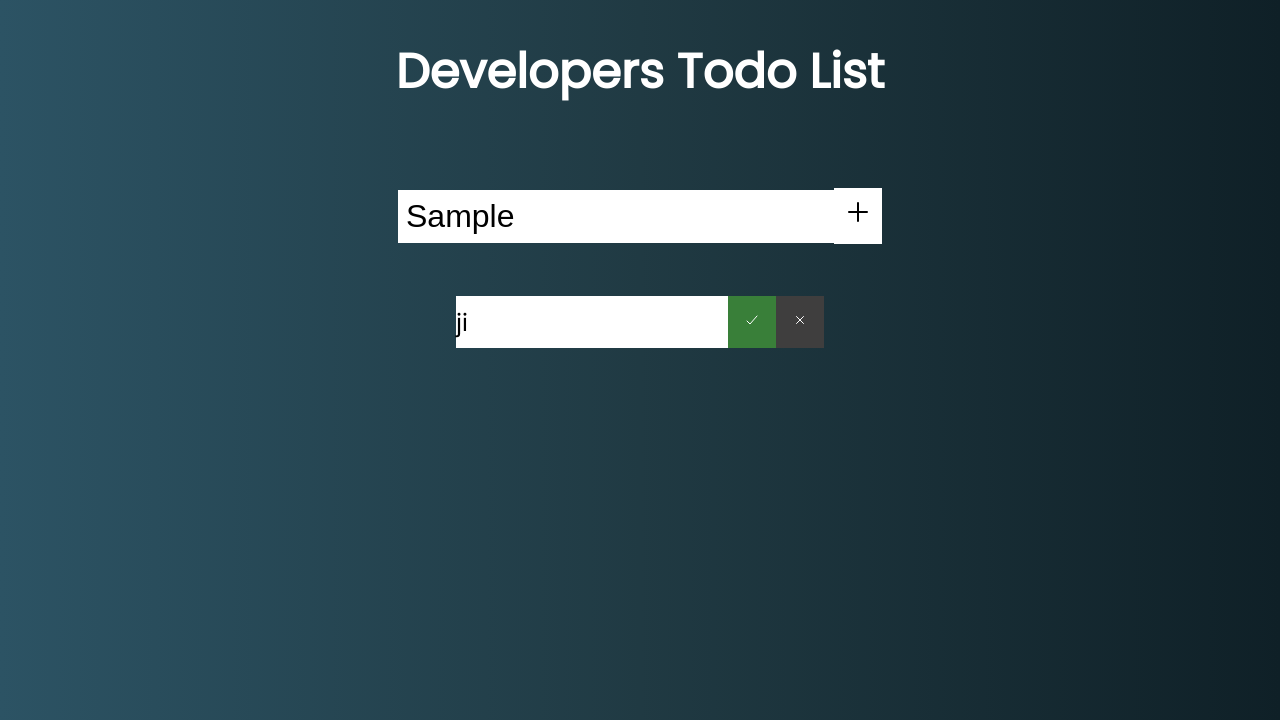
Repository: DevAntonioRogers/Vanilla-TodoList
Page: index.html
The author's editor kept a copy of each file at every save. The page is drawn from the files as they stood at one save, then again after the next save.
The browser window is 1280 px wide. The pictures show the whole page.
Empty fields were first filled with sample values (such as "Sample", 5 or name@example.com).
After loading, the first visible `button.todo-button` was clicked once.

Above is the page before, as saved 2023-05-12 00:24:53.

After the next save:
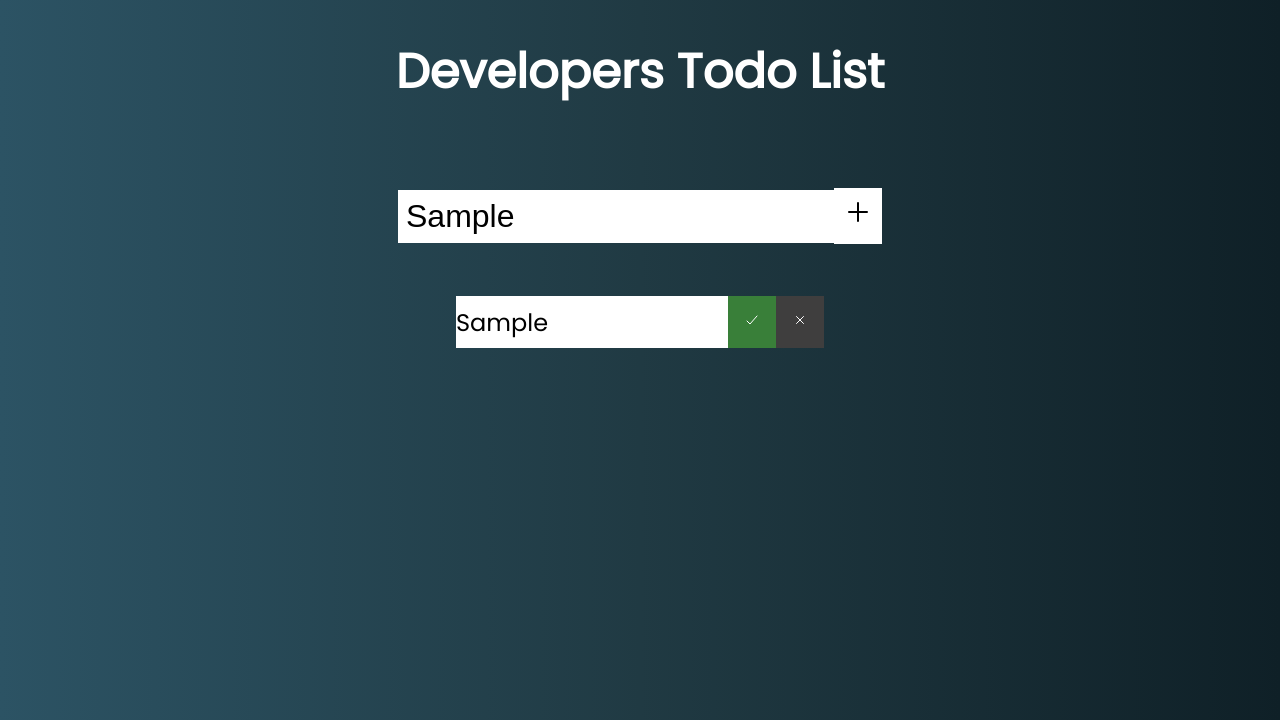
Saved 42 s later.
--- a/app.js
+++ b/app.js
@@ -7,7 +7,7 @@ todoButton.addEventListener('click', (e) => {
   const todoDiv = document.createElement('div')
   todoDiv.classList.add('todo')
   const newTodo = document.createElement('li')
-  newTodo.innerText = 'ji'
+  newTodo.innerText = todoInput.value
   newTodo.classList.add('todo-item')
   todoDiv.appendChild(newTodo)
   console.log(newTodo)
